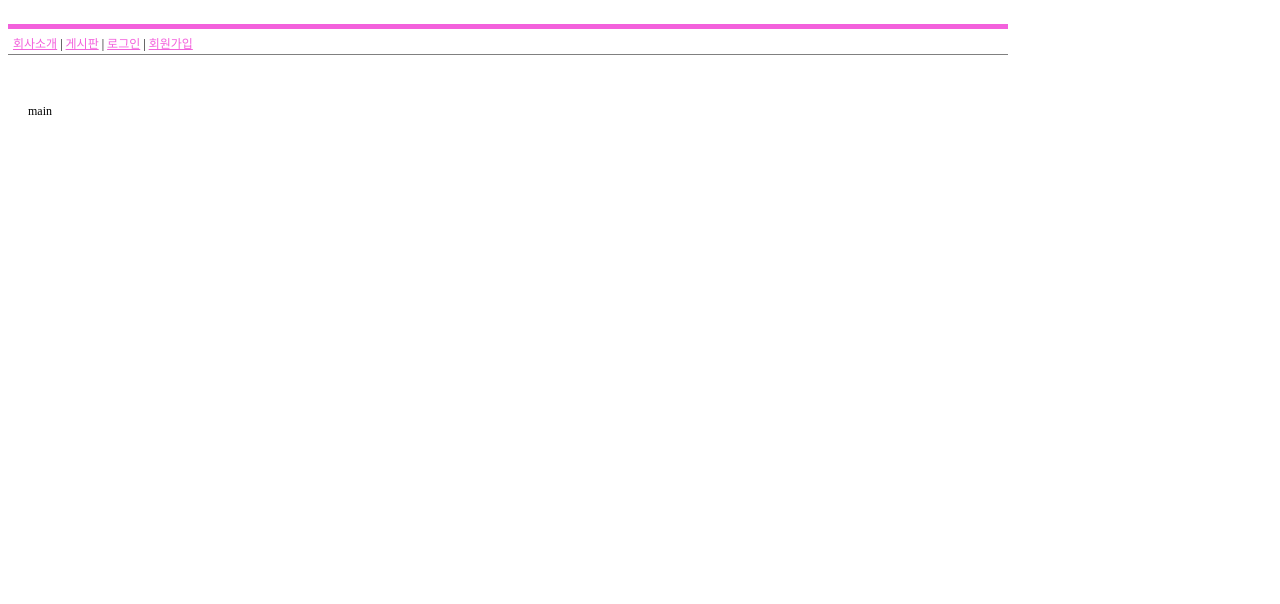
Repository: asaf0813/aisw
Page: java/이클립스/workspace/html/htmltest/WebContent/main.html
These files come from the project's save history. The page is drawn as it stood at one moment and after the next save; the edit follows.
The browser window is 1280 px wide. The pictures show the part of the page from y = 158 to 762 px (the page is 762 px tall).

Above is the page before, as saved 2019-10-03 05:58:42.

### java/이클립스/workspace/html/htmltest/WebContent/main.html
<!doctype html>
<html lang="en">
	<head>
		<meta charset="UTF-8">
		<meta name="Generator" content="EditPlus®">
		<meta name="Author" content="">
		<meta name="Keywords" content="">
		<meta name="Description" content="">
		<title>main</title>
		<link href="./main.css" rel="stylesheet" type="text/css" >
	</head>
	<body>
		<div class="header">
			<a href="./main.html">
			<img width="100%" height="150" src = "http://www.postech.ac.kr/wp-content/themes/postech/images/imgs/signature4.png", alt="" ></a>
		<div>
			<p style="margin-top:20px"></p>
		</div>
		<div class="topnavi_ds">
			<div class="topnavi">
				<a href="./intro/intro.html">회사소개</a> |	<a href="./board/list.html">게시판</a> | <a href="./member/login.html">로그인</a> | <a href="./member/join.html">회원가입</a>
			</div>
		</div>

		<div class="divide"/>
		<div class="body"> main</div>
	</body>
</html>

### java/이클립스/workspace/html/htmltest/WebContent/main.css
.header a:hover{color:red;}
.header a{color:blue;}

.header{
	width:1000px;
	height:50px;
	float:left;
	font-size: 9pt;
}

.topnavi_ds{
	width:100%;
	height:5px;
	background-color:#F361DC;
	float:left;
}
.topnavi a:hover{color:green;}
.topnavi a{color:#F361DC;}

.topnavi{
	width:1000px; height:30px;
	float:left;
	margin-top:10px;
	margin-left:5px;
	font-size: 9pt;
}

.divide{
	width:100%;
	height:1px;
	float:left;
	margin-top: 25px;
	background-color:gray;
}

.body{
	font-size: 9pt;
	margin-top:50px;
	margin-left:20px;
	width:1000px;
	height:500px;
	float:left;
}

After the next save:
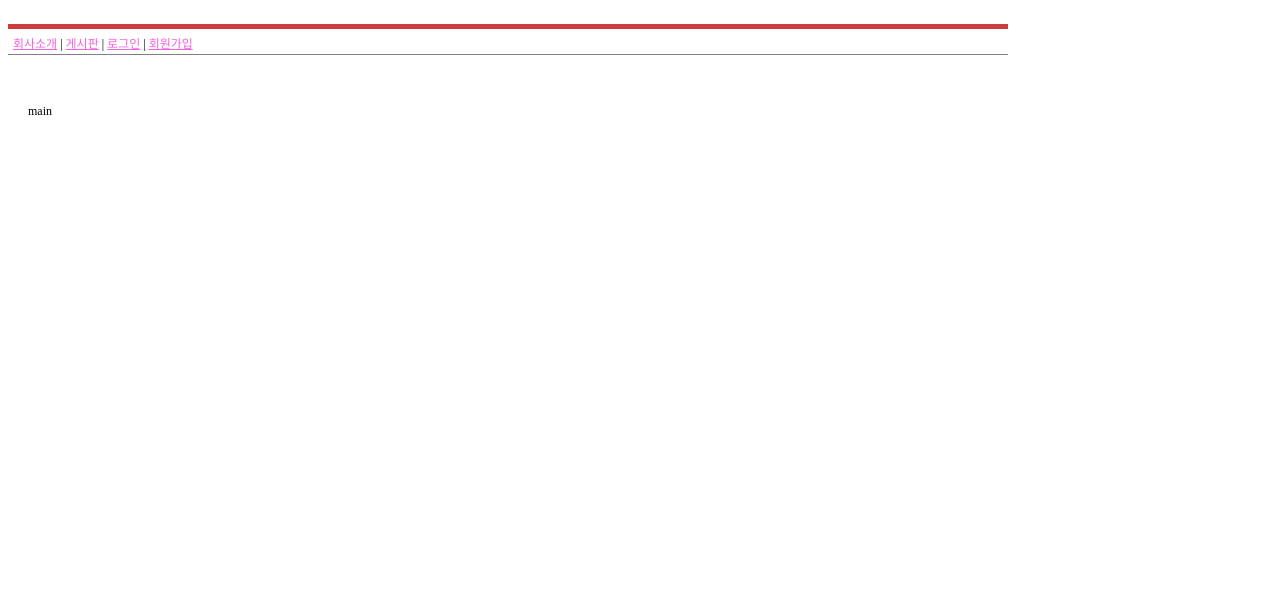
Saved 75 s later.
--- a/java/이클립스/workspace/html/htmltest/WebContent/main.css
+++ b/java/이클립스/workspace/html/htmltest/WebContent/main.css
@@ -11,7 +11,7 @@
 .topnavi_ds{
 	width:100%;
 	height:5px;
-	background-color:#F361DC;
+	background-color:#CC3D3D;
 	float:left;
 }
 .topnavi a:hover{color:green;}
